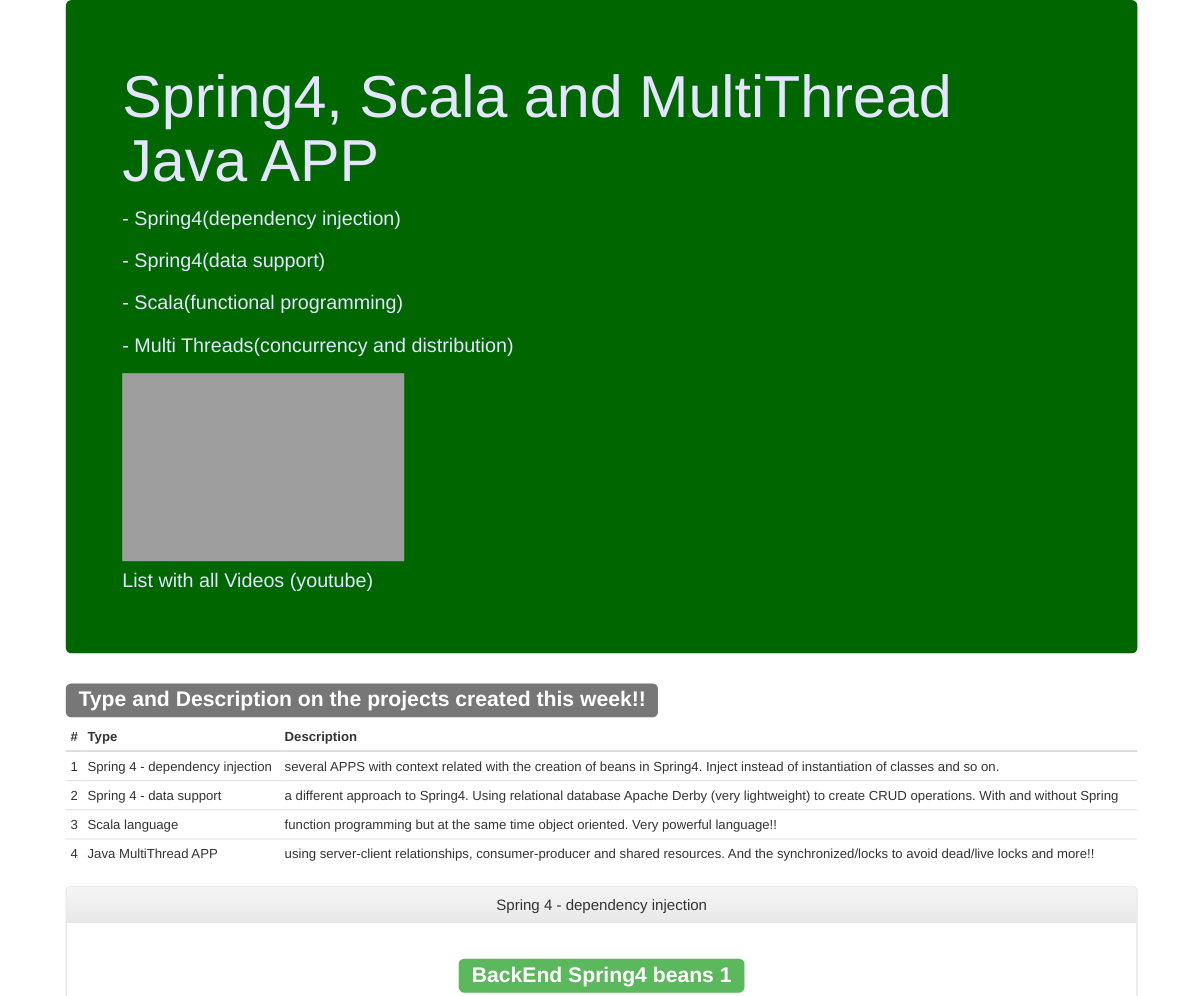
Repository: atafs/Deploy_GoogleAppEngine_webAPPS
Page: Project_003_Deploy_americotomasLIB/war/index.html
An editor plug-in stored every save of this project. The page is shown before and after the next save, followed by the edit.
The browser window is 1280 px wide. The pictures show the part of the page from y = 0 to 1060 px (the page is 4752 px tall), at 94% of full size.
Pictures or frames that could not be fetched are drawn as grey boxes.

Above is the page before, as saved 2016-03-14 23:04:15.
Console error (its wording comes from the project's code and is left out).

After the next save:
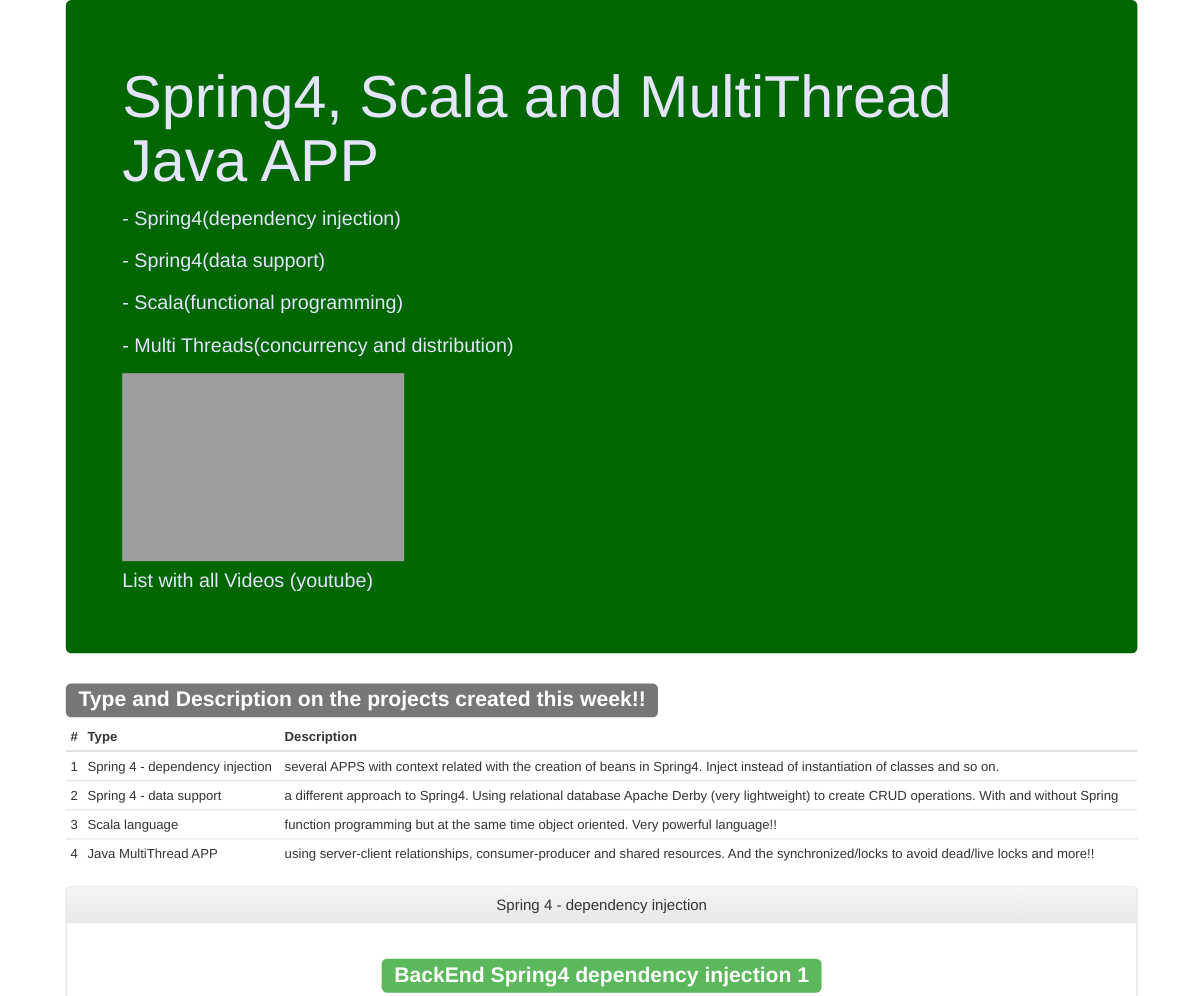
Saved 2 min 5 s later.
--- a/Project_003_Deploy_americotomasLIB/war/index.html
+++ b/Project_003_Deploy_americotomasLIB/war/index.html
@@ -72,16 +72,16 @@
 				</div>
 				<div class="panel-body">
 					<h2>
-						<span class="label label-success" style="color: white;">BackEnd Spring4 beans 1 </span>
+						<span class="label label-success" style="color: white;">BackEnd Spring4 dependency injection 1 </span>
 					</h2>
 					<iframe width="560" height="315" src="https://www.youtube.com/embed/Du7AS10nu5E?list=PLBaNeIDelX0LWugK_EMfT9q_S85-bH_qY" frameborder="0" allowfullscreen></iframe>			</div>
 
 					<h2>
-						<span class="label label-success" style="color: white;">BackEnd Spring4 beans 2 </span>
+						<span class="label label-success" style="color: white;">BackEnd Spring4 dependency injection 2 </span>
 					</h2>
 					<iframe width="560" height="315" src="https://www.youtube.com/embed/zR3eTE_SfqA?list=PLBaNeIDelX0LWugK_EMfT9q_S85-bH_qY" frameborder="0" allowfullscreen></iframe>
 					<h2>
-						<span class="label label-success" style="color: white;">BackEnd Spring4 beans 3 </span>
+						<span class="label label-success" style="color: white;">BackEnd Spring4 dependency injection 3 </span>
 					</h2>
 					<iframe width="560" height="315" src="https://www.youtube.com/embed/j4keIC6l26c?list=PLBaNeIDelX0LWugK_EMfT9q_S85-bH_qY" frameborder="0" allowfullscreen></iframe>
 			<div class="panel panel-default">
